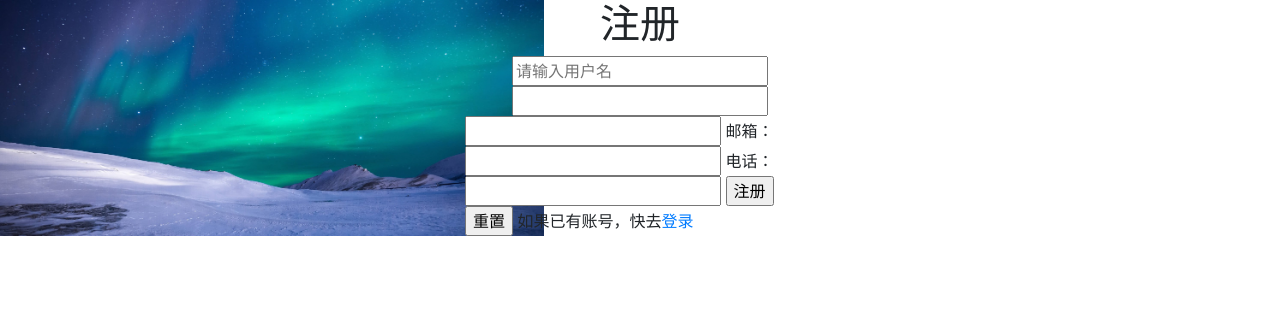
Repository: DHUAVH/Blog
Page: http://localhost/register.php
These files come from the project's save history. The page is drawn as it stood at one moment and after the next save; the edit follows.
The browser window is 1280 px wide. The pictures show the whole page.
Some web libraries are served in a nearby version. The page is run by PHP 8.4 with error messages shown; the project is at /var/www/html/.

Above is the page before, as saved 2020-11-29 18:08:36.

After the next save:
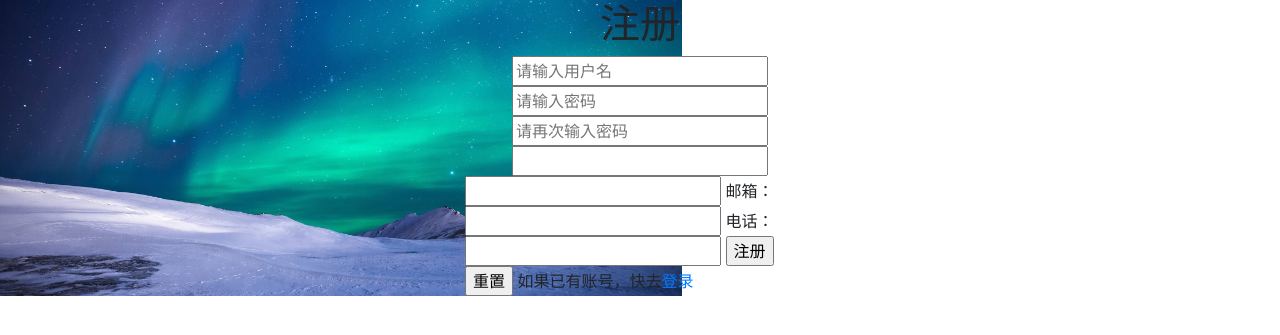
Saved 49 s later.
--- a/register.php
+++ b/register.php
@@ -22,11 +22,16 @@
                     </div>
 
                     <div class="text-center">
+                        <input type="password" name="password" placeholder="请输入密码" required>
+                    </div>
+
+                    <div class="text-center">
+                        <input type="password" name="password" placeholder="请再次输入密码" required>
+                    </div>
+
+                    <div class="text-center">
                         <input type="password" name="password" required>
                     </div>
-
-
-
 
 
 
